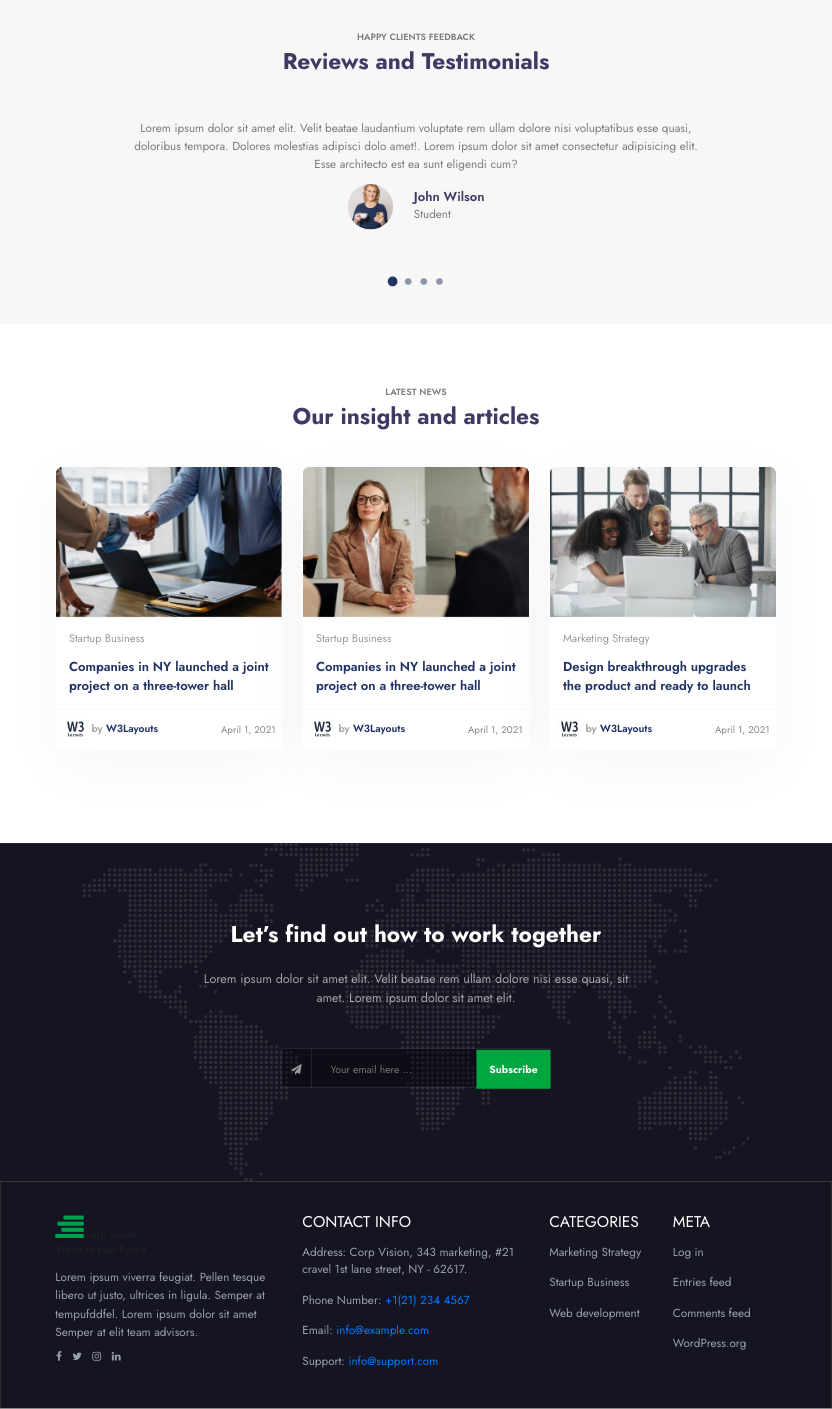
Repository: khaipnp/corpvision
Page: index.html
The author's editor kept a copy of each file at every save. The page is drawn from the files as they stood at one save, then again after the next save.
The browser window is 1280 px wide. The pictures show the whole page, at 65% of full size.

Above is the page before, as saved 2021-07-04 15:10:35.

After the next save:
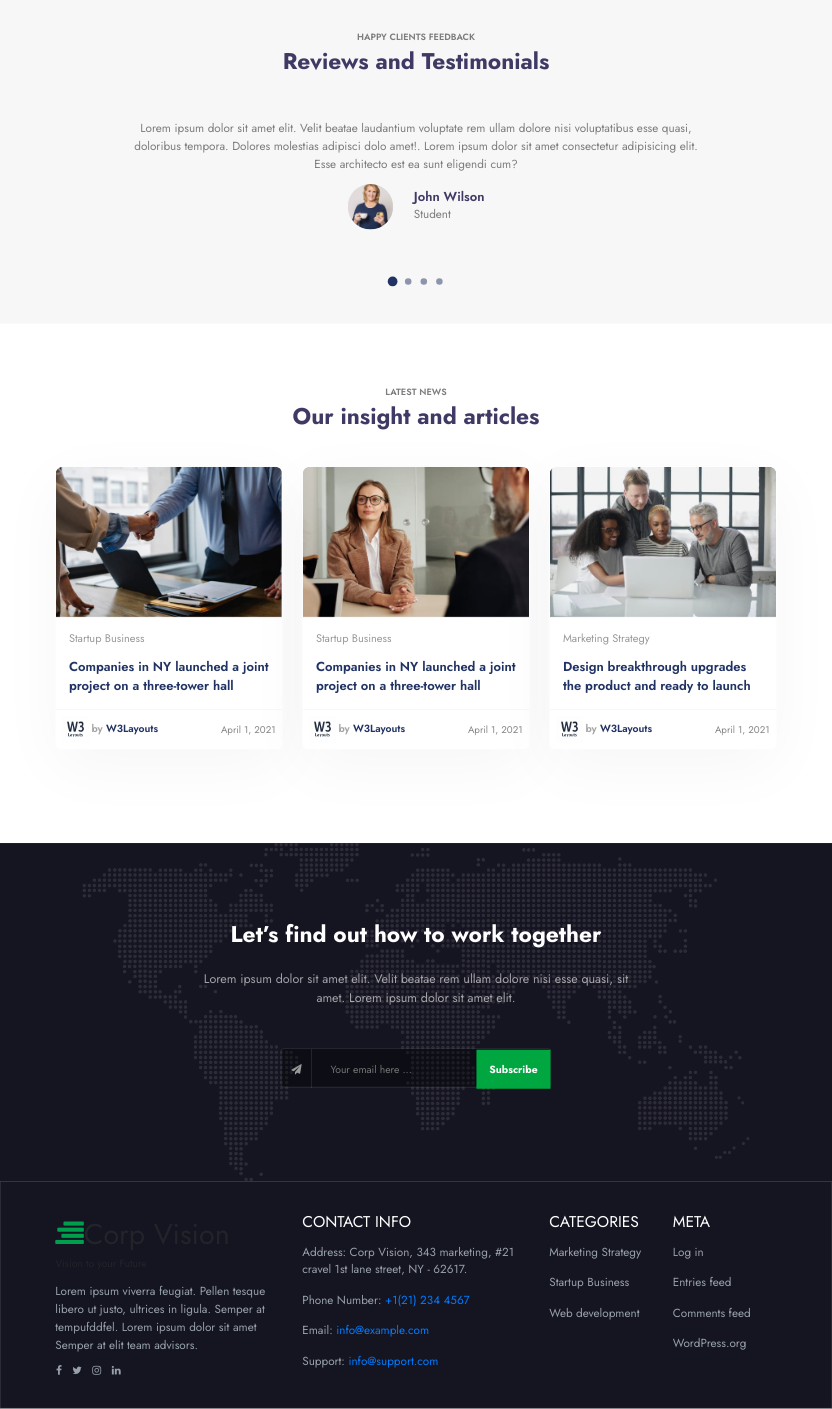
Saved 22 s later.
--- a/css/main.css
+++ b/css/main.css
@@ -243,11 +243,12 @@ footer {
 
 .logo__footer {
   display: inline-block;
+  font-size: 44px;
 }
 
 .logo__footer i {
   color: #009f4d !important;
-  font-size: 44px;
+  font-size: 44px !important;
 }
 
 .footer__content a {
